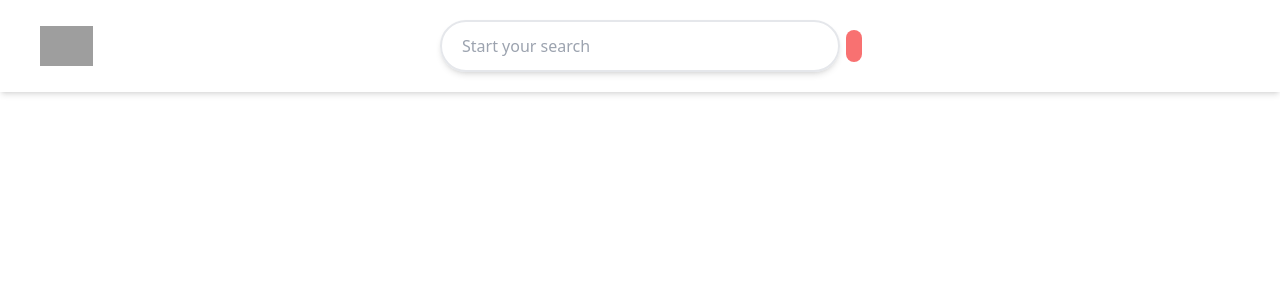
Repository: lakshithapramodya/airbnb
Page: /
An editor plug-in stored every save of this project. The page is shown before and after the next save, followed by the edit.
The browser window is 1280 px wide. The pictures show the whole page.
Pictures or frames that could not be fetched are drawn as grey boxes. The project was rebuilt for these pictures with package versions that can differ from the ones it lists, and the page was loaded fresh each time. The framework's server and built-in components were replaced by stand-ins that run in the browser. Also part of the build but not shown: next.config.js.

Above is the page before, as saved 2022-10-14 12:05:57.

### pages/_app.jsx
import "../styles/globals.css";
import { AppProps } from "next/app";

function MyApp({ Component, pageProps }) {
  return <Component {...pageProps} />;
}

export default MyApp;

### pages/index.js
import { NextPage } from "next";
import Head from "next/head";
import Image from "next/image";
import Header from "../components/Header";

const Home = () => {
  return (
    <div className="">
      <Head>
        <title>Create Next App</title>
        <link rel="icon" href="/favicon.ico" />
      </Head>

      <Header />

      {/* Banner` */}
    </div>
  );
};

export default Home;

### components/Header.js
import React from "react";
import Image from "next/image";
import { SearchIcon } from "@heroicons/react/solid";

function Header() {
  return (
    <div className="sticky top-0  z-50 grid grid-cols-3 bg-white shadow-md p-5 md:px-10">
      {/* Left */}
      <div className="relative flex item-center h-10 cursor-pointer my-auto">
        <Image
          src="https://1000logos.net/wp-content/uploads/2017/08/Airbnb-Logo.png"
          layout="fill"
          objectFit="contain"
          objectPosition="left"
        />
      </div>

      {/* Middle */}
      <div
        className="flex items-center md:border-2 rounded-full py-2
      md:shadow-md"
      >
        <input
          className="!outline-0 pl-5 bg-transparent flex-grow md:min-w-full"
          type="text"
          placeholder="Start your search"
        />
        <SearchIcon
          className="hidden md:inline-flex h-8 bg-red-400
         text-white rounded-full p-2 cursor-pointer md:mx-2 "
        />
      </div>

      {/* Right */}
      <div></div>
    </div>
  );
}

export default Header;

Loaded but not shown: styles/globals.css (common file); tailwind.config.js (common file)

After the next save:
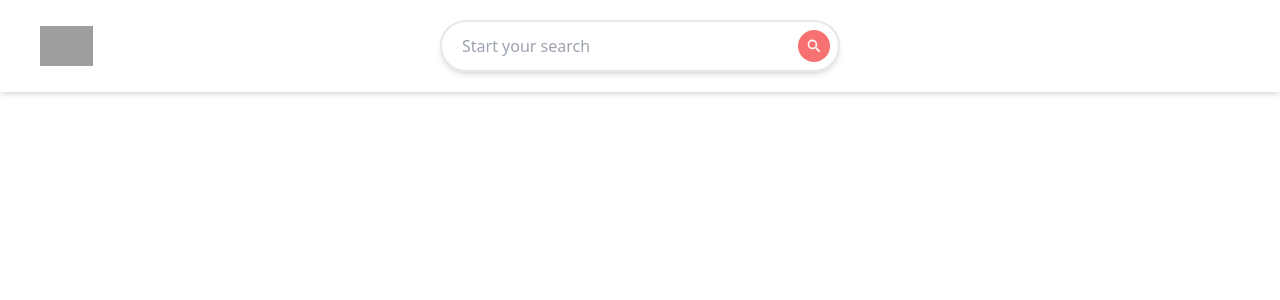
Saved 13 s later.
--- a/components/Header.js
+++ b/components/Header.js
@@ -21,7 +21,7 @@ function Header() {
       md:shadow-md"
       >
         <input
-          className="!outline-0 pl-5 bg-transparent flex-grow md:min-w-full"
+          className="!outline-0 pl-5 bg-transparent flex-grow md:min-w-min"
           type="text"
           placeholder="Start your search"
         />
